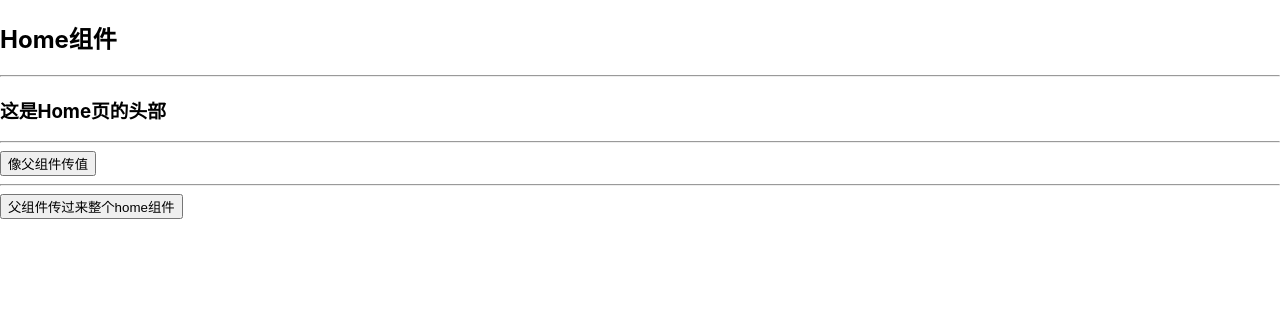
Repository: zhenzhen-gong/react-learning
Page: /content/01
An editor plug-in stored every save of this project. The page is shown before and after the next save, followed by the edit.
The browser window is 1280 px wide. The pictures show the whole page.
The project was rebuilt for these pictures with package versions that can differ from the ones it lists, and the page was loaded fresh each time.

Above is the page before, as saved 2021-04-17 18:14:01.

After the next save:
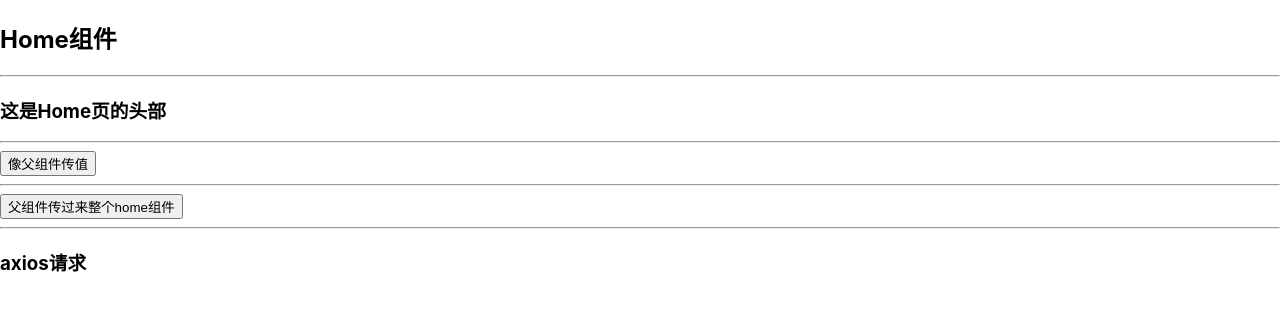
Saved 75 s later.
--- a/src/component/passValue/home.js
+++ b/src/component/passValue/home.js
@@ -1,5 +1,6 @@
 import React, {Component} from 'react'
 import Header from './header'
+import Axios from '../axios'
 
 
 class Home extends Component {
@@ -26,6 +27,8 @@ class Home extends Component {
                 <h2>{this.state.msg}</h2>
                 <hr />
                 <Header title={this.state.title} childFun={this.fartherFun} home={this}/>
+                <hr />
+                <Axios />
             </div>
         )
     }
